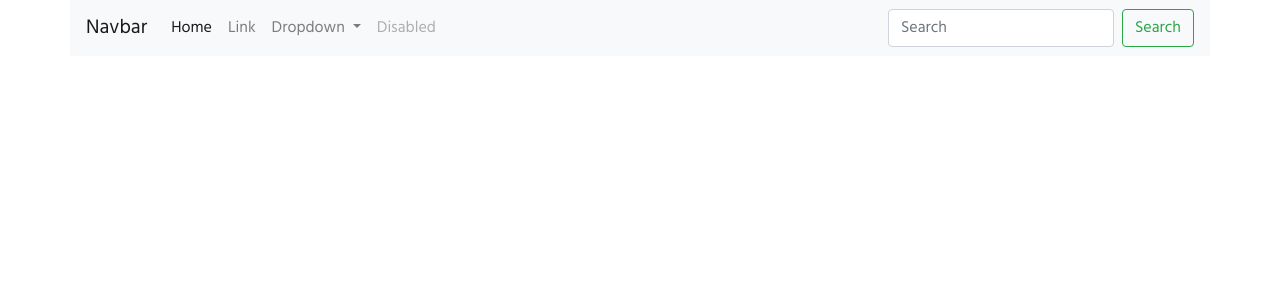
Repository: thanhfrankie/portfolio
Page: index.html
These files come from the project's save history. The page is drawn as it stood at one moment and after a run of saves; the edit follows.
The browser window is 1280 px wide. The pictures show the whole page.

Above is the page before, as saved 2023-11-28 09:26:47.

After the next 2 saves:
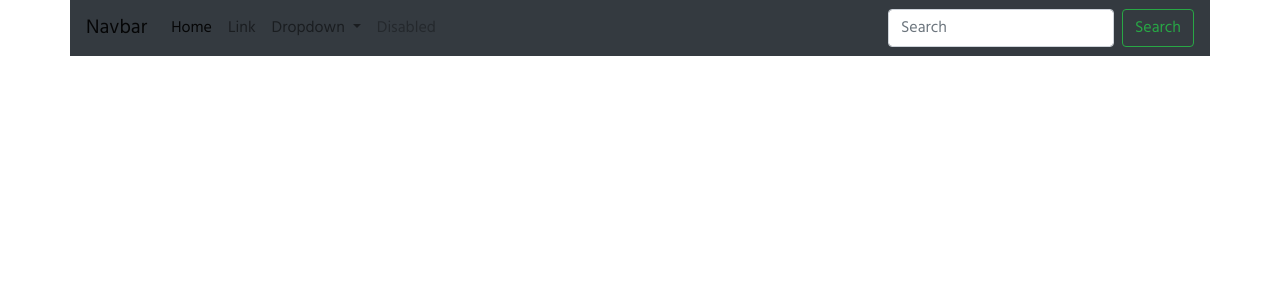
The 2 saves are shown as one change because they came seconds apart.
The last was saved 10 s later.
--- a/index.html
+++ b/index.html
@@ -21,7 +21,7 @@
   </head>
   <body>
 <header>
-    <nav class="container navbar navbar-expand-lg navbar-light bg-light">
+    <nav class="container navbar navbar-expand-lg navbar-light bg-dark">
         <a class="navbar-brand" href="#">Navbar</a>
         <button class="navbar-toggler" type="button" data-toggle="collapse" data-target="#navbarSupportedContent" aria-controls="navbarSupportedContent" aria-expanded="false" aria-label="Toggle navigation">
           <span class="navbar-toggler-icon"></span>
